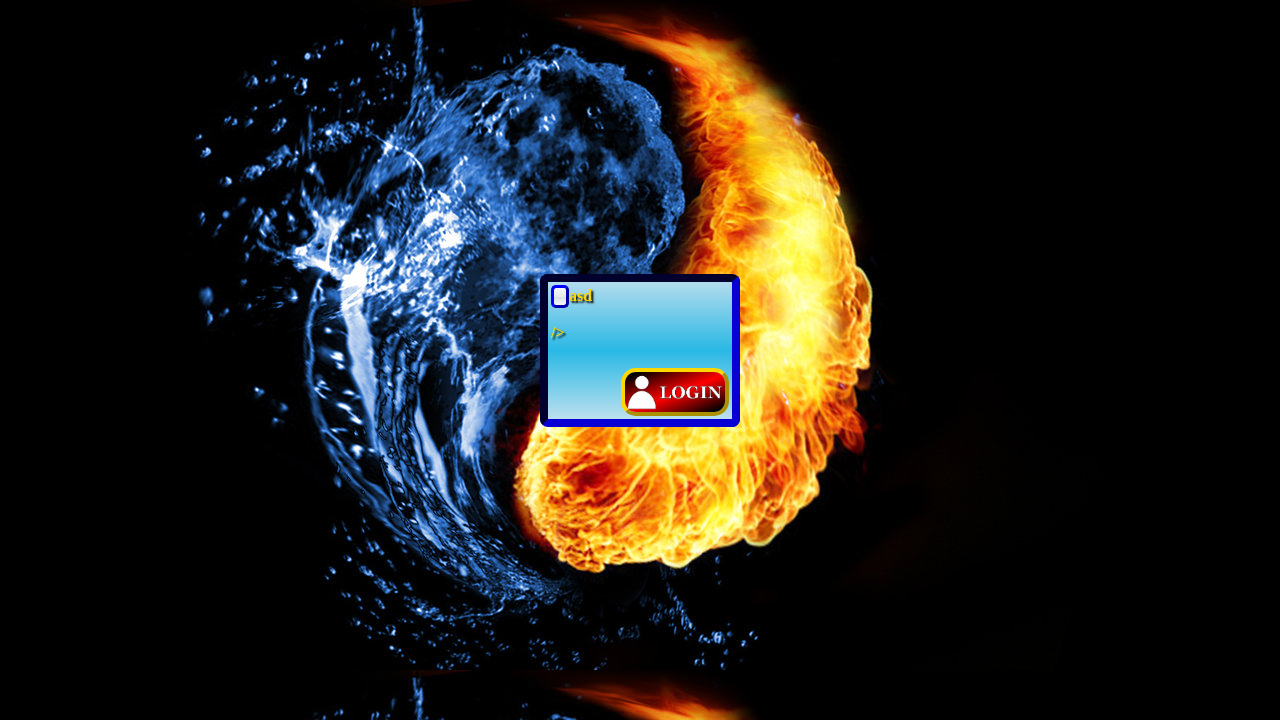
Repository: Albocoder/Event-handler
Page: loginBrain/WebContent/WEB-INF/adminPanel.html
These files come from the project's save history. The page is drawn as it stood at one moment and after the next save; the edit follows.
The browser window is 1280 px wide. The pictures show the whole page.

Above is the page before, as saved 2015-08-10 14:34:10.

### loginBrain/WebContent/WEB-INF/adminPanel.html
<!DOCTYPE html>
<html>
<head>
<title>Admin Panel</title>
<meta charset="UTF-8"/>
<style type="text/css">
	table{
			color: gold;
 			font-weight: bold;
			text-shadow: 2px 2px 2px black;
			border:8px inset #060080;
			border-radius: 8px;
background: rgba(179,220,237,1);
background: -moz-linear-gradient(top, rgba(179,220,237,1) 0%, rgba(41,184,229,1) 50%, rgba(188,224,238,1) 100%);
background: -webkit-gradient(left top, left bottom, color-stop(0%, rgba(179,220,237,1)), color-stop(50%, rgba(41,184,229,1)), color-stop(100%, rgba(188,224,238,1)));
background: -webkit-linear-gradient(top, rgba(179,220,237,1) 0%, rgba(41,184,229,1) 50%, rgba(188,224,238,1) 100%);
background: -o-linear-gradient(top, rgba(179,220,237,1) 0%, rgba(41,184,229,1) 50%, rgba(188,224,238,1) 100%);
background: -ms-linear-gradient(top, rgba(179,220,237,1) 0%, rgba(41,184,229,1) 50%, rgba(188,224,238,1) 100%);
background: linear-gradient(to bottom, rgba(179,220,237,1) 0%, rgba(41,184,229,1) 50%, rgba(188,224,238,1) 100%);
filter: progid:DXImageTransform.Microsoft.gradient( startColorstr='#b3dced', endColorstr='#bce0ee', GradientType=0 );
}
body {
	background-image:url('wallpaper.jpg');
}

table{
	margin-top: 230px;
}

input.input{
	border: 4px outset gold;
	border-radius: 15px;
	margin-left: 70px;
}

input{
	border: 3px outset blue;
	border-radius: 5px;
	color: black;
	background: rgb(246,248,249); /* Old browsers */
	background: -moz-linear-gradient(top,  rgba(246,248,249,1) 0%, rgba(229,235,238,1) 50%, rgba(215,222,227,1) 51%, rgba(245,247,249,1) 100%); /* FF3.6+ */
	background: -webkit-gradient(linear, left top, left bottom, color-stop(0%,rgba(246,248,249,1)), color-stop(50%,rgba(229,235,238,1)), color-stop(51%,rgba(215,222,227,1)), color-stop(100%,rgba(245,247,249,1))); /* Chrome,Safari4+ */
	background: -webkit-linear-gradient(top,  rgba(246,248,249,1) 0%,rgba(229,235,238,1) 50%,rgba(215,222,227,1) 51%,rgba(245,247,249,1) 100%); /* Chrome10+,Safari5.1+ */
	background: -o-linear-gradient(top,  rgba(246,248,249,1) 0%,rgba(229,235,238,1) 50%,rgba(215,222,227,1) 51%,rgba(245,247,249,1) 100%); /* Opera 11.10+ */
	background: -ms-linear-gradient(top,  rgba(246,248,249,1) 0%,rgba(229,235,238,1) 50%,rgba(215,222,227,1) 51%,rgba(245,247,249,1) 100%); /* IE10+ */
	background: linear-gradient(to bottom,  rgba(246,248,249,1) 0%,rgba(229,235,238,1) 50%,rgba(215,222,227,1) 51%,rgba(245,247,249,1) 100%); /* W3C */
	filter: progid:DXImageTransform.Microsoft.gradient( startColorstr='#f6f8f9', endColorstr='#f5f7f9',GradientType=0 ); /* IE6-9 */

}
</style>
</head>
<body>
<center>
<table>
<br>
<br>
<tr><td><input name="un" type="button" <p>asd</p> /></td></tr>
<tr>
<td colspan = "2">
</tr>
<tr><td colspan="2">
<br>
<input class="input" type="image" src="login.jpg" alt="login" align="center" width="100" height="40">
</td>
</tr>
</form>
</table>
</center>
</body>
</html>

After the next save:
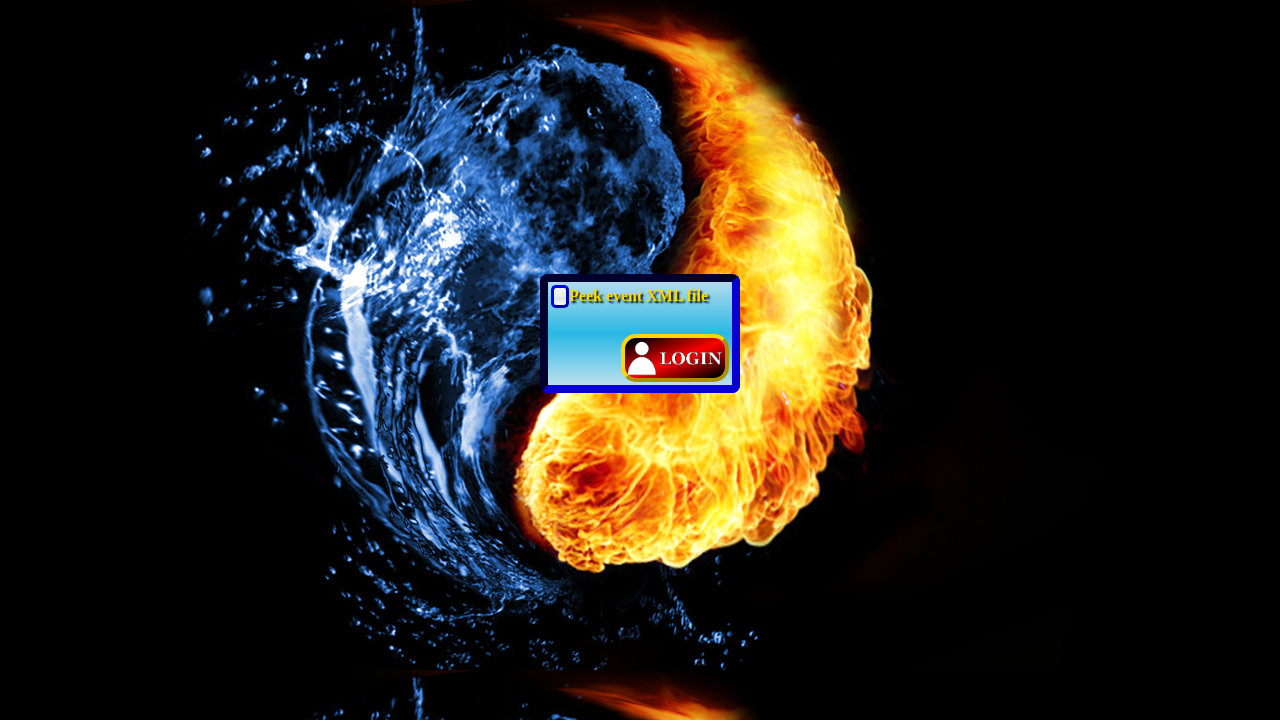
Saved 39 s later.
--- a/loginBrain/WebContent/WEB-INF/adminPanel.html
+++ b/loginBrain/WebContent/WEB-INF/adminPanel.html
@@ -54,7 +54,7 @@ input{
 <table>
 <br>
 <br>
-<tr><td><input name="un" type="button" <p>asd</p> /></td></tr>
+<tr><td><input name="un" type="button" />Peek event XML file</td></tr>
 <tr>
 <td colspan = "2">
 </tr>
